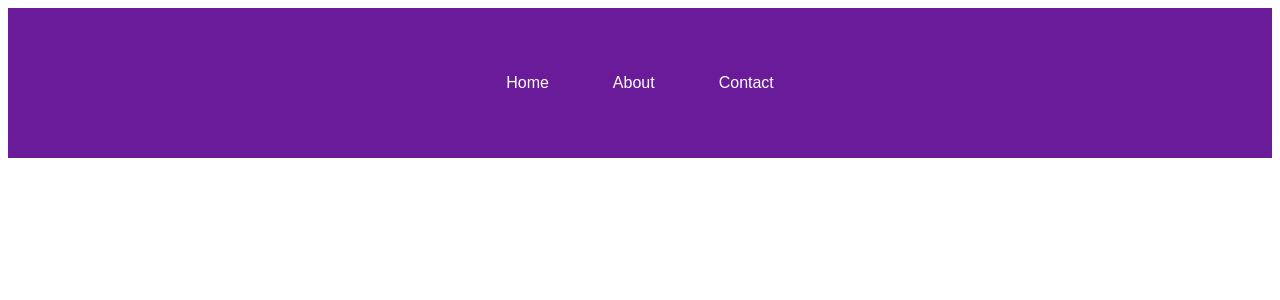
Repository: Femi007-gh/BLOG
Page: index.html
An editor plug-in stored every save of this project. The page is shown before and after the next save, followed by the edit.
The browser window is 1280 px wide. The pictures show the whole page.

Above is the page before, as saved 2025-01-08 07:32:09.

After the next save:
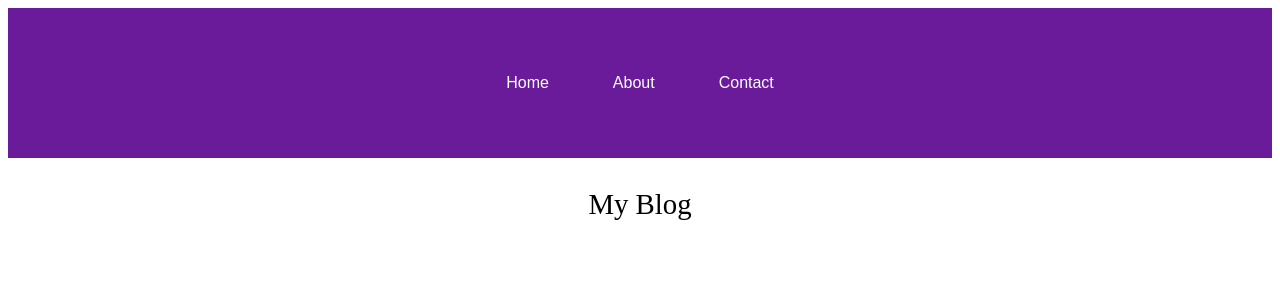
Saved 4 s later.
--- a/index.html
+++ b/index.html
@@ -13,5 +13,6 @@
         </ul>
       </nav>
     </header>
+    <p>My Blog</p>
   </body>
 </html>
